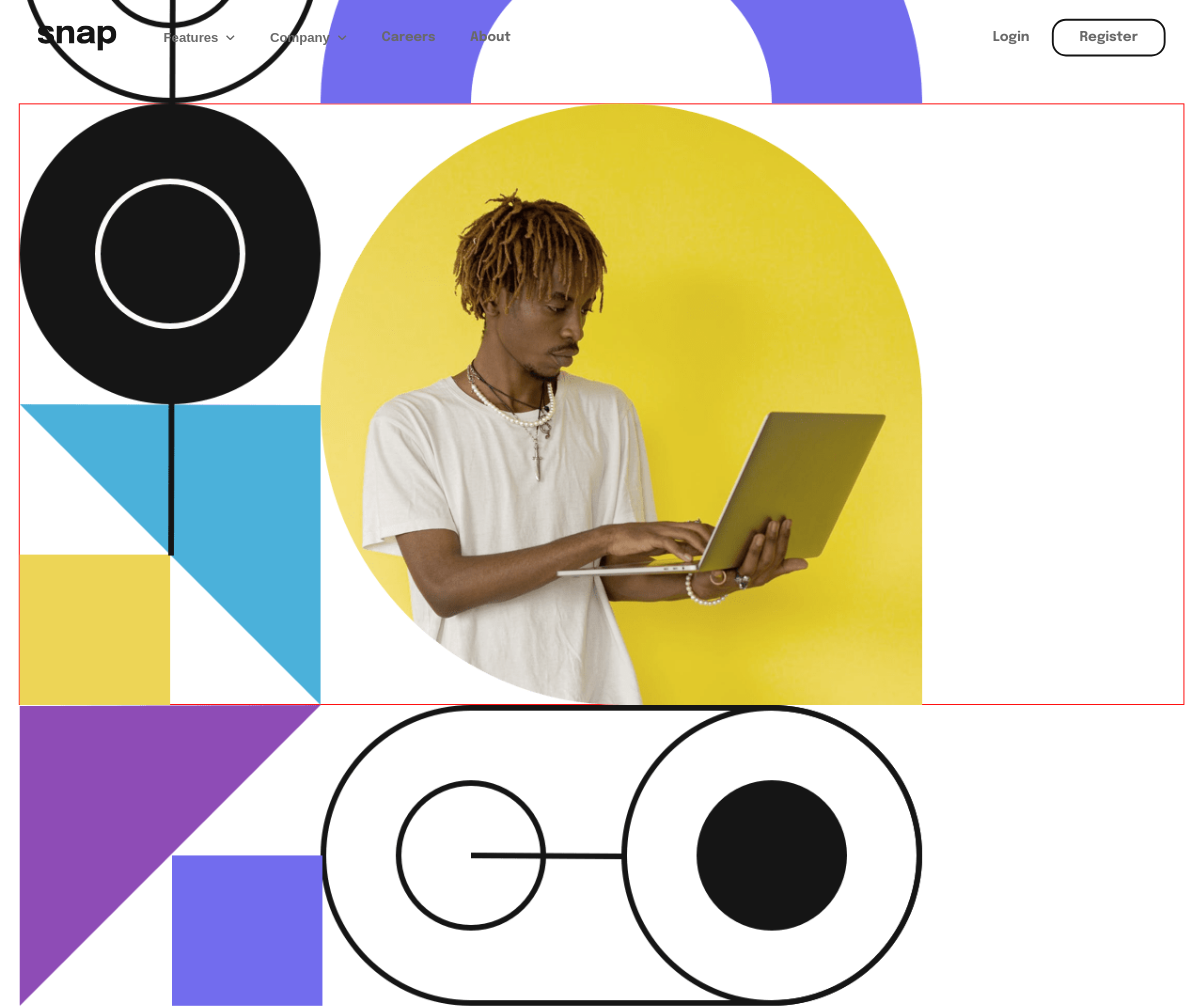
Repository: KamoliddinGIT/intro-section-with-dropdown
Page: index.html
An editor plug-in stored every save of this project. The page is shown before and after the next save, followed by the edit.
The browser window is 1280 px wide. The pictures show the whole page, at 94% of full size.

Above is the page before, as saved 2023-09-24 17:43:19.

### index.html
<!DOCTYPE html>
<html lang="en">
  <head>
    <meta charset="UTF-8" />
    <meta name="viewport" content="width=device-width, initial-scale=1.0" />
    <link
      rel="icon"
      type="image/png"
      sizes="32x32"
      href="./images/favicon-32x32.png"
    />
    <link
      href="https://fonts.googleapis.com/css2?family=Epilogue:wght@500;700&display=swap"
      rel="stylesheet"
    />
    <link rel="stylesheet" href="./css/style.css" />
    <title>Intro section with dropdown navigation</title>
  </head>
  <body>
    <div class="container">
      <div class="header">
        <img src="./images/logo.svg" alt="logo" class="logo" />
        <div class="nav-items">
          <ul class="nav">
            <li>
              <button class="features">
                Features
                <img
                  src="./images/icon-arrow-down.svg"
                  alt="arrow"
                  class="arrow-1"
                />
              </button>
              <ul class="toggle__1" style="display: none">
                <li>
                  <img src="./images/icon-todo.svg" alt="icon" /> Todo List
                </li>
                <li>
                  <img src="./images/icon-calendar.svg" alt="icon" /> Calendar
                </li>
                <li>
                  <img src="./images/icon-reminders.svg" alt="icon" /> Reminders
                </li>
                <li>
                  <img src="./images/icon-planning.svg" alt="icon" /> Planning
                </li>
              </ul>
            </li>
            <li>
              <button class="company">
                Company
                <img
                  src="./images/icon-arrow-down.svg"
                  alt="arrow"
                  class="arrow-2"
                />
              </button>
              <ul class="toggle__2" style="display: none">
                <li>History</li>
                <li>Our Team</li>
                <li>Blog</li>
              </ul>
            </li>
            <li>Careers</li>
            <li>About</li>
          </ul>
          <div class="sign__options">
            <a href="#" class="login">Login</a>
            <a href="#" class="register">Register</a>
          </div>
        </div>
        <div class="hamburgers" onclick="burger()">
          <div class="burger__1" id="b1"></div>
          <div class="burger__1" id="b2"></div>
          <div class="burger__1" id="b3"></div>
        </div>
        <nav class="nav-menu">
          <ul id="nav">
            <li>
              <button class="features" id="features">
                Features
                <img
                  src="./images/icon-arrow-down.svg"
                  alt="arrow"
                  class="arrow-1"
                  id="arrow-1"
                />
              </button>
              <ul class="toggle__1" id="toggle__1" style="display: none">
                <li>
                  <img src="./images/icon-todo.svg" alt="icon" /> Todo List
                </li>
                <li>
                  <img src="./images/icon-calendar.svg" alt="icon" /> Calendar
                </li>
                <li>
                  <img src="./images/icon-reminders.svg" alt="icon" /> Reminders
                </li>
                <li>
                  <img src="./images/icon-planning.svg" alt="icon" /> Planning
                </li>
              </ul>
            </li>
            <li>
              <button class="company" id="company">
                Company
                <img
                  src="./images/icon-arrow-down.svg"
                  alt="arrow"
                  class="arrow-2"
                  id="arrow-2"
                />
              </button>
              <ul class="toggle__2" id="toggle__2" style="display: none">
                <li>History</li>
                <li>Our Team</li>
                <li>Blog</li>
              </ul>
            </li>
            <li>Careers</li>
            <li>About</li>
          </ul>
          <div id="sign__options">
            <a href="#" class="login">Login</a>
            <a href="#" class="register">Register</a>
          </div>
        </nav>
      </div>
      <section class="main">
        <div class="main-info"></div>
        <img
          src="./images/image-hero-desktop.png"
          alt="hero-desktop"
          class="main-img"
        />
      </section>
    </div>

    <script src="./js/index.js"></script>
    <script src="./js/main.js"></script>
  </body>
</html>

### css/style.css
* {
  margin: 0;
  padding: 0;
  box-sizing: border-box;
}

body {
  width: 100%;
  height: 100vh;
  display: flex;
  justify-content: center;
  align-items: center;
  padding: 0 20px;
  font-family: "Epilogue", sans-serif;
}

.container {
  display: flex;
  flex-direction: column;
  align-items: center;
  width: 100%;
  height: 100%;
  gap: 30px;
}

/* .login {
  width: 96px;
  height: 30px;
} */

.header {
  position: relative;
  width: 100%;
  padding: 20px;
  display: flex;
  align-items: center;
  gap: 50px;
  font-size: 1.6rem;
  color: #696969;
}

.nav {
  display: flex;
  width: 377px;
  height: 21px;
  align-items: center;
  gap: 2.3rem;
  list-style-type: none;
}

#nav {
  display: flex;
  align-items: start;
  flex-direction: column;
  margin-top: 48px;
  width: 100%;
  height: 132px;
  gap: 1rem;
  list-style-type: none;
}

.features,
.company {
  display: flex;
  flex-direction: row;
  gap: 0.5rem;
  font-weight: 700;
  color: hsl(0, 0%, 41%);
  text-decoration: none;
  align-items: center;
  font-size: 14px;
  transition: all ease-in-out 0.3s;
  cursor: pointer;
  background-color: transparent;
  border: none;
}

.toggle__1 {
  position: absolute;
  top: 4rem;
  width: 133px;
  height: 148px;
  display: flex;
  flex-direction: column;
  align-items: start;
  gap: 1rem;
  border-radius: 10px;
  background-color: #fff;
  padding: 1rem;
  box-shadow: -2px 10px 24px -11px rgba(0, 0, 0, 0.62);
  -webkit-box-shadow: -2px 10px 24px -11px rgba(0, 0, 0, 0.62);
  -moz-box-shadow: -2px 10px 24px -11px rgba(0, 0, 0, 0.62);
  z-index: 1;
}

.toggle__1 li {
  display: flex;
  gap: 1rem;
  align-items: center;
}

#features,
#company {
  display: flex;
  flex-direction: row;
  gap: 0.5rem;
  font-weight: 700;
  color: hsl(0, 0%, 41%);
  text-decoration: none;
  align-items: center;
  font-size: 14px;
  transition: all ease-in-out 0.3s;
  cursor: pointer;
  background-color: transparent;
  border: none;
}

#toggle__1 {
  position: absolute;
  top: 5.5rem;
  width: 133px;
  height: 148px;
  display: flex;
  flex-direction: column;
  align-items: start;
  gap: 1rem;
  border-radius: 10px;
  background-color: #fff;
  padding: 1rem;
  box-shadow: -2px 10px 24px -11px rgba(0, 0, 0, 0.62);
  -webkit-box-shadow: -2px 10px 24px -11px rgba(0, 0, 0, 0.62);
  -moz-box-shadow: -2px 10px 24px -11px rgba(0, 0, 0, 0.62);
  z-index: 1;
}

#toggle__1 li {
  display: flex;
  gap: 1rem;
  align-items: center;
}

li {
  display: flex;
  flex-direction: row;
  gap: 0.5rem;
  font-weight: 700;
  color: hsl(0, 0%, 41%);
  text-decoration: none;
  align-items: center;
  font-size: 14px;
  transition: all ease-in-out 0.3s;
  cursor: pointer;
  background-color: transparent;
  border: none;
}

.nav-items {
  width: 1210px;
  height: 40px;
  display: flex;
  align-items: center;
  justify-content: space-between;
}

.sign__options {
  width: 184px;
  height: 40px;
  display: flex;
  justify-content: space-between;
  align-items: center;
}

.login {
  background-color: transparent;
  border: none;
  color: hsl(0, 0%, 41%);
  font-size: 0.9rem;
  font-weight: 700;
  cursor: pointer;
  transition: all ease-in-out 0.3s;
  text-decoration: none;
}

.login:hover {
  color: black;
}

.register {
  display: flex;
  justify-content: center;
  align-items: center;
  width: 121px;
  height: 40px;
  border: 2px solid hsl(0, 0%, 8%);
  transition: all ease-in-out 0.3s;
  background-color: transparent;
  color: hsl(0, 0%, 41%);
  text-decoration: none;
  padding: 0.5rem 1.35rem;
  border-radius: 15px;
  font-size: 0.9rem;
  font-weight: 700;
  cursor: pointer;
}

.register:hover {
  border-color: hsl(0, 0%, 41%);
  color: hsl(0, 0%, 41%);
}

.features:hover {
  color: black;
}

.company:hover {
  color: black;
}

.toggle__1 li:hover {
  cursor: pointer;
  color: black;
}

.toggle__2 li:hover {
  cursor: pointer;
  color: black;
}

ul li:hover {
  color: black;
}

.toggle__2 {
  width: 100px;
  height: 121px;
  display: flex;
  flex-direction: column;
  justify-content: center;
  align-items: start;
  gap: 1rem;
  border-radius: 10px;
  position: absolute;
  background-color: white;
  padding: 1rem;
  top: 4rem;
  box-shadow: -2px 10px 24px -11px rgba(0, 0, 0, 0.62);
  -webkit-box-shadow: -2px 10px 24px -11px rgba(0, 0, 0, 0.62);
  -moz-box-shadow: -2px 10px 24px -11px rgba(0, 0, 0, 0.62);
  z-index: 1;
}

#toggle__2 {
  width: 100px;
  height: 121px;
  display: flex;
  flex-direction: column;
  justify-content: center;
  align-items: start;
  gap: 1rem;
  border-radius: 10px;
  position: absolute;
  background-color: white;
  padding: 1rem;
  top: 7rem;
  box-shadow: -2px 10px 24px -11px rgba(0, 0, 0, 0.62);
  -webkit-box-shadow: -2px 10px 24px -11px rgba(0, 0, 0, 0.62);
  -moz-box-shadow: -2px 10px 24px -11px rgba(0, 0, 0, 0.62);
  z-index: 1;
}

.hamburgers {
  position: absolute;
  top: -25px;
  right: -5px;
  display: none;
  flex-direction: column;
  justify-content: center;
  align-items: center;
  width: 50px;
  height: 50px;
  margin-right: 50px;
  margin-top: 29px;
  z-index: 9999;
}
.hamburgers:hover {
  cursor: pointer;
}
.burger__1:nth-child(1) {
  width: 40px;
  height: 4px;
  border: 1px solid #000;
  border-radius: 20px;
  margin-top: 5px;
  background-color: #000;
}
.burger__1:nth-child(3) {
  width: 40px;
  height: 4px;
  border: 1px solid #000;
  border-radius: 20px;
  margin-top: 5px;
  background-color: #000;
}

#b2 {
  width: 40px;
  height: 4px;
  border: 1px solid #000;
  border-radius: 20px;
  margin-top: 5px;
  background-color: #000;
}

.nav-menu {
  display: none;
  flex-direction: column;
  align-items: start;
  justify-content: start;
  max-width: 633px;
  width: 100%;
  height: 598px;
  position: fixed;
  padding: 1rem;
  background-color: white;
  height: 100%;
  right: 0;
  top: 0;
  gap: 2rem;
}

.sign__options {
  width: 184px;
  height: 78px;
  display: flex;
  justify-content: space-between;
  text-align: center;
  align-items: center;
}

#sign__options {
  width: 161px;
  height: 78px;
  margin: 0 auto;
  display: flex;
  flex-direction: column;
  justify-content: space-around;
  text-align: center;
  align-items: center;
}

/* -------------------main-starts----------------- */

.main {
  width: 100%;
  height: 640px;
  border: 1px solid red;
  display: flex;
  align-items: center;
}

/* -------------------main-ends------------------- */

/* ------------media-starts-------------- */

@media only screen and (max-width: 1100px) {
  .nav-items {
    display: none;
  }
  .hamburgers {
    display: flex;
  }
}

@media only screen and (min-width: 1100px) {
  .nav-menu {
    display: none;
  }
}

/* --------------media-ends------------ */

### js/index.js
"use strict";

let features = document.querySelector(".features"),
  arrow1 = document.querySelector(".arrow-1"),
  toggle1 = document.querySelector(".toggle__1");

let onOff = false;

features.addEventListener("click", () => {
  if (onOff === false) {
    arrow1.src = "../images/icon-arrow-up.svg";
    toggle1.style.cssText = "display: flex";
    toggle2.style.cssText = "display: none";
    onOff = true;
  } else {
    arrow1.src = "../images/icon-arrow-down.svg";
    toggle1.style.cssText = "display: none";
    onOff = false;
  }
});

let company = document.querySelector(".company"),
  arrow2 = document.querySelector(".arrow-2"),
  toggle2 = document.querySelector(".toggle__2");

let onOff2 = false;

company.addEventListener("click", () => {
  if (onOff2 === false) {
    arrow2.src = "../images/icon-arrow-up.svg";
    toggle2.style.cssText = "display: flex";
    toggle1.style.cssText = "display: none";

    onOff2 = true;
  } else {
    arrow2.src = "../images/icon-arrow-down.svg";
    toggle2.style.cssText = "display: none";
    onOff2 = false;
  }
});

// hamburger //
let nav_menu = document.querySelector(".nav-menu");
let over1 = document.querySelector("#over1");
let over2 = document.querySelector("#over2");
let over3 = document.querySelector("#over3");
let over4 = document.querySelector("#over4");

let a1 = document.querySelector(".a1");
let a2 = document.querySelector(".a2");
let a3 = document.querySelector(".a3");
let a4 = document.querySelector(".a4");
let b1 = document.querySelector("#b1");
let b2 = document.querySelector("#b2");
let b3 = document.querySelector("#b3");
let body = document.body;

let Click = true;
function burger() {
  if (Click) {
    nav_menu.style.cssText = "display: flex;";
    body.style.cssText =
      "background-color: rgba(6, 6, 6, 0.15);  backdrop-filter: blur(3px);";
    b1.style.cssText =
      " transform: rotate(45deg); width: 40px;  position: absolute;";
    b3.style.cssText =
      " transform: rotate(-45deg); width: 40px;  position: absolute;";
    b2.style.cssText =
      "margin-right: border-color: white; background-color: white; border: none;";
    Click = false;
  } else {
    nav_menu.style.cssText = "display: none;";
    body.style.cssText = "background-color: white;  backdrop-filter: blur(0);";
    b1.style.cssText = " transform: rotate(0deg); width: 40px;";
    b3.style.cssText = " transform: rotate(0deg); width: 40px;";
    b2.style.cssText = "background-color: black";
    Click = true;
  }
}

### js/main.js
"use strict";

let features1 = document.querySelector("#features"),
  arrow_1 = document.querySelector("#arrow-1"),
  toggle_1 = document.querySelector("#toggle__1");

let onOff1 = false;

features1.addEventListener("click", () => {
  if (onOff1 === false) {
    arrow_1.src = "../images/icon-arrow-up.svg";
    toggle_1.style.cssText = "display: flex";
    toggle_2.style.cssText = "display: none";
    onOff1 = true;
  } else {
    arrow_1.src = "../images/icon-arrow-down.svg";
    toggle_1.style.cssText = "display: none";
    onOff1 = false;
  }
});

let company_1 = document.querySelector("#company"),
  arrow_2 = document.querySelector("#arrow-2"),
  toggle_2 = document.querySelector("#toggle__2");

let onOff_2 = false;

company_1.addEventListener("click", () => {
  if (onOff_2 === false) {
    arrow_2.src = "../images/icon-arrow-up.svg";
    toggle_2.style.cssText = "display: flex";
    toggle_1.style.cssText = "display: none";

    onOff_2 = true;
  } else {
    arrow_2.src = "../images/icon-arrow-down.svg";
    toggle_2.style.cssText = "display: none";
    onOff_2 = false;
  }
});

After the next save:
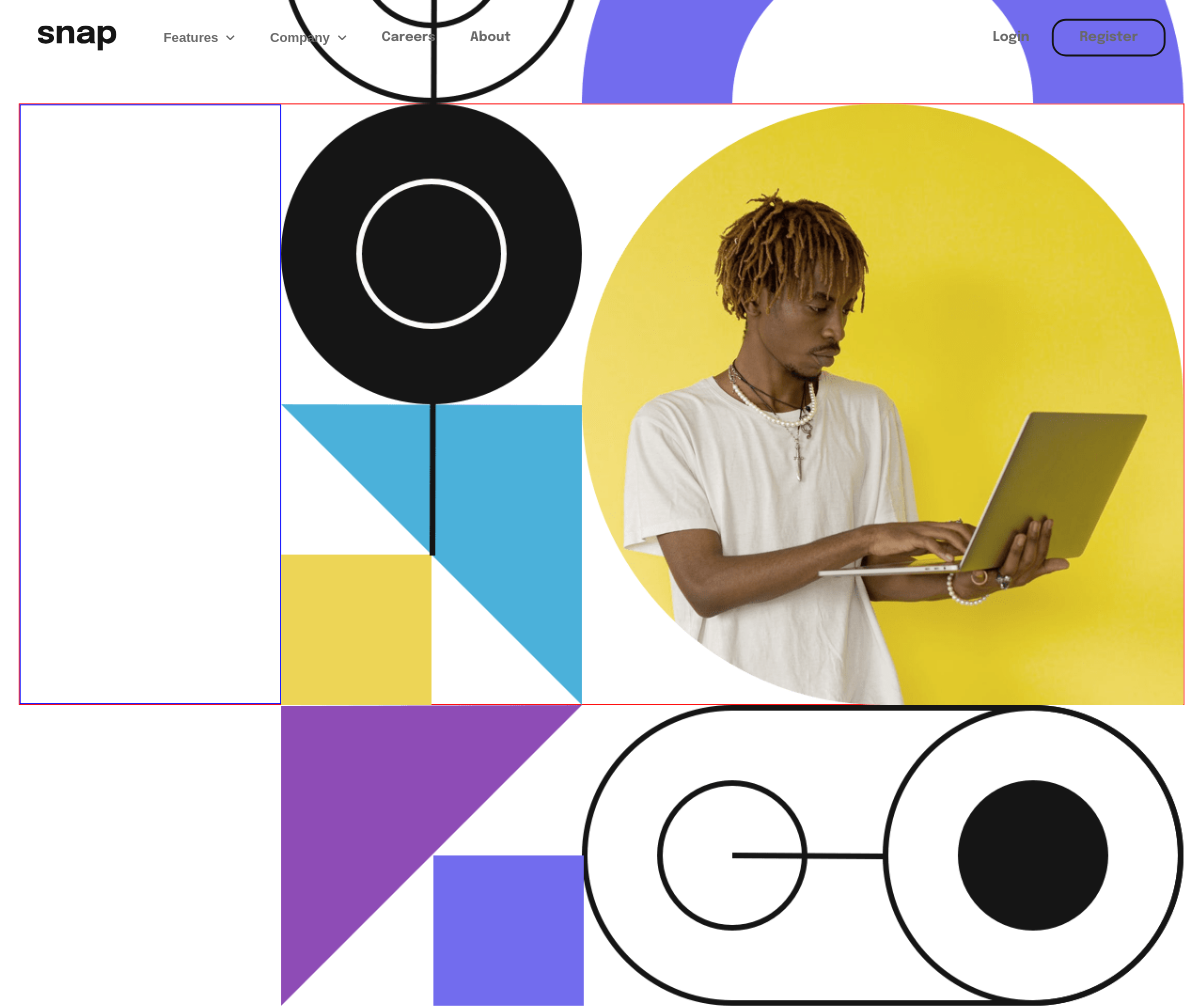
Saved 26 s later.
--- a/css/style.css
+++ b/css/style.css
@@ -358,6 +358,12 @@
   align-items: center;
 }
 
+.main-info {
+  width: 532px;
+  height: 100%;
+  border: 1px solid blue;
+}
+
 /* -------------------main-ends------------------- */
 
 /* ------------media-starts-------------- */
